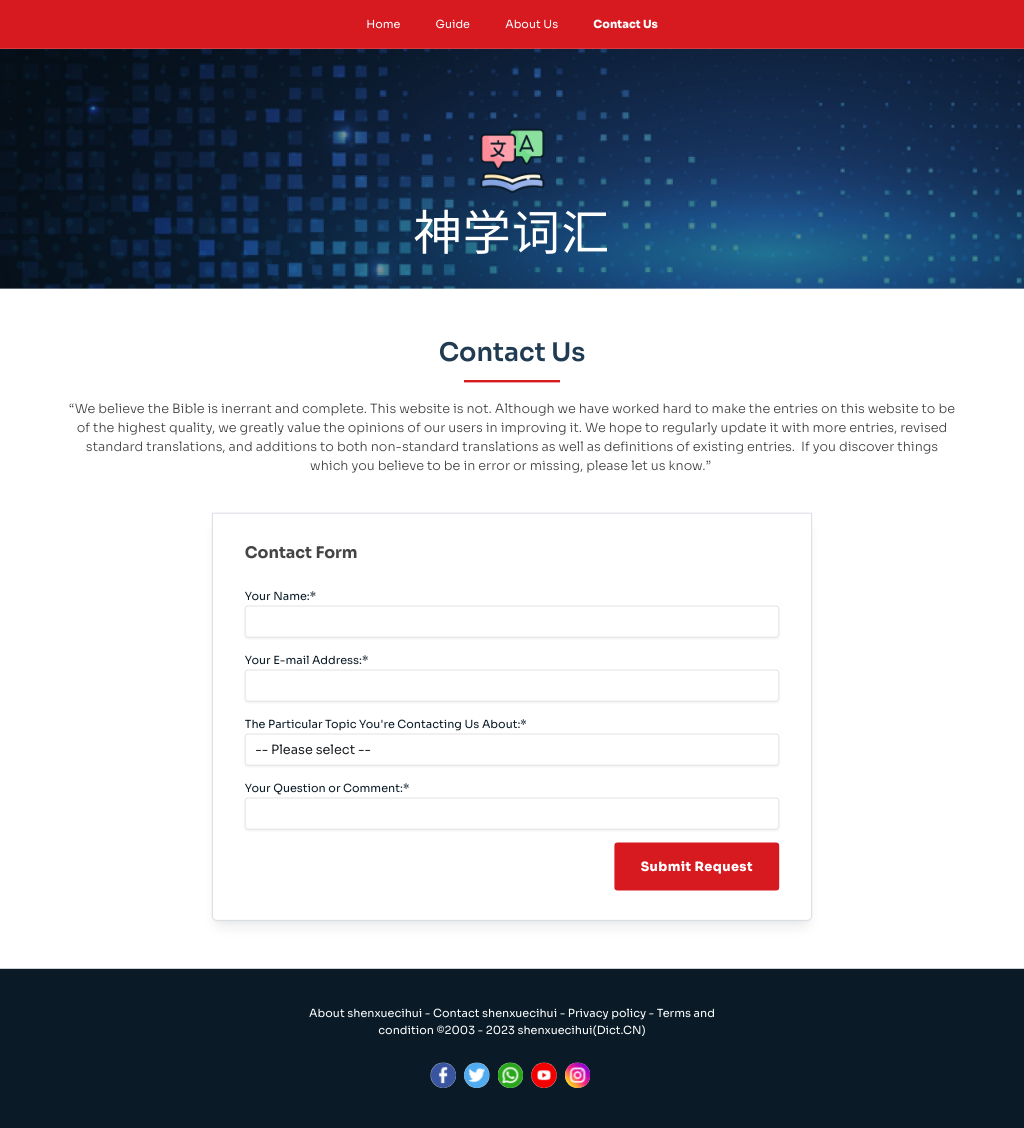
Repository: MaulikDev8/Work-form-Meet
Page: premium-dictionary-features-project-setup/contact-us.html
These files come from the project's save history. The page is drawn as it stood at one moment and after the next save; the edit follows.
The browser window is 1280 px wide. The pictures show the whole page, at 80% of full size.

Above is the page before, as saved 2023-04-17 11:18:14.

### premium-dictionary-features-project-setup/contact-us.html
<!DOCTYPE html>
<html lang="en">
  <head>
    <meta charset="utf-8" />
    <meta content="width=device-width, initial-scale=1.0" name="viewport" />

    <title>Premium-Dictionary-Web-page-UI</title>
    <meta content="" name="description" />
    <meta content="" name="keywords" />

    <!-- Favicons -->
    <link href="assets/img/logo-dic.png" rel="icon" />
    <link href="assets/img/logo-dic.png" rel="apple-touch-icon" />

    <!-- Google Fonts -->
    <link href="https://fonts.googleapis.com/css2?family=Sora:wght@100;200;300;400;500;600;700;800&display=swap" rel="stylesheet" />

    <!-- Vendor CSS Files -->
    <link href="assets/vendor/bootstrap/css/bootstrap.min.css" rel="stylesheet" />
    <link href="assets/vendor/bootstrap-icons/bootstrap-icons.css" rel="stylesheet" />

    <!-- Template Main CSS File -->
    <link href="assets/css/style.css" rel="stylesheet" />
  </head>

  <body>
    <!-- ======= Header ======= -->
    <header id="header">
      <div class="container d-flex align-items-center justify-content-center">
        <nav id="navbar" class="navbar">
          <ul>
            <li><a class="nav-link scrollto" href="index.html">Home</a></li>
            <li><a class="nav-link scrollto" href="#">Guide</a></li>
            <li><a class="nav-link scrollto" href="about-us.html">About Us</a></li>
            <li><a class="nav-link scrollto active" href="contact-us.html">Contact Us</a></li>
          </ul>
          <i class="bi bi-list mobile-nav-toggle"></i>
        </nav>
        <!-- .navbar -->
      </div>
    </header>
    <!-- End Header -->

    <!-- ======= Hero Section ======= -->
    <section id="hero">
      <div class="container">
        <div class="row d-flex align-items-center mx-0">
          <div class="col-lg-12 col-md-12 col-xs-12 banner-section text-center">
            <div class="search-engine-main">
              <img src="assets/img/logo-dic.png" class="img-fluid mb-4" />
              <h1 class="chinese-text">神学词汇</h1>
              <!-- <div class="search-engine">
                <div class="input-group mb-0">
                  <input type="text" class="form-control input-search typeahead tt-query" autocomplete="off" spellcheck="false" />
                  <button class="search-btn" type="button" id="button-addon2"><i class="bi bi-search"></i></button>
                </div>
              </div> -->
            </div>
          </div>
        </div>
      </div>
    </section>

    <main id="main">
      <section id="faq" class="faq section-bg pb-3">
        <div class="container">
          <div class="section-title">
            <h2>Contact Us</h2>
            <p>
              “We believe the Bible is inerrant and complete. This website is not. Although we have worked hard to make the entries on this website to be of the highest quality, we
              greatly value the opinions of our users in improving it. We hope to regularly update it with more entries, revised standard translations, and additions to both
              non-standard translations as well as definitions of existing entries.  If you discover things which you believe to be in error or missing, please let us know.”
            </p>
          </div>
        </div>
      </section>
      <section class="section-bg pt-0">
        <div class="container">
          <div class="row">
            <div class="col-lg-12 colmd-12 col-xs-12">
              <div class="search-engine-main">
                <div class="contact-list">
                  <div class="contact-list-title">
                    <h5 class="title-text">Contact Form</h5>
                  </div>

                  <div class="contact-form mt-3">
                    <form>
                      <div class="contact-field mb-3">
                        <label for="exampleFormControlInput1" class="form-label contact-label">Your Name:*</label>
                        <input type="email" class="form-control contact-input" id="exampleFormControlInput1" />
                      </div>
                      <div class="contact-field mb-3">
                        <label for="exampleFormControlInput1" class="form-label contact-label">Your E-mail Address:*</label>
                        <input type="email" class="form-control contact-input" id="exampleFormControlInput1" />
                      </div>
                      <div class="contact-field mb-3">
                        <label for="exampleFormControlInput1" class="form-label contact-label">The Particular Topic You're Contacting Us About:*</label>
                        <select class="form-select contact-input" aria-label="Default select example">
                          <option selected>-- Please select --</option>
                          <option value="1">One</option>
                          <option value="2">Two</option>
                          <option value="3">Three</option>
                        </select>
                      </div>
                      <div class="contact-field mb-3">
                        <label for="exampleFormControlInput1" class="form-label contact-label">Your Question or Comment:*</label>
                        <input type="email" class="form-control contact-input" id="exampleFormControlInput1" />
                      </div>

                      <div class="text-end mt-3">
                        <button type="button" class="btn btn-contact-submit">Submit Request</button>
                      </div>
                    </form>
                  </div>
                </div>
              </div>
            </div>
          </div>
        </div>
      </section>
    </main>
    <!-- End Hero -->

    <!-- ======= Footer ======= -->
    <footer id="footer">
      <div class="footer-top">
        <div class="container">
          <div class="row justify-content-center">
            <div class="col-lg-6">
              <p>About shenxuecihui - Contact shenxuecihui - Privacy policy - Terms and condition ©2003 - 2023 shenxuecihui(Dict.CN)</p>
            </div>
          </div>

          <div class="social-links">
            <a href="https://www.facebook.com/" class="facebook" target="_blank">
              <img src="assets/img/facebook-icon.svg" />
            </a>
            <a href="https://twitter.com/" class="twitter" target="_blank">
              <img src="assets/img/twitter-icon.svg" />
            </a>
            <a href="https://www.whatsapp.com/" class="whatsapp" target="_blank">
              <img src="assets/img/whatsapp-icon.svg" />
            </a>
            <a href="https://youtube.com/" class="youtube" target="_blank">
              <img src="assets/img/youtube-icon.svg" />
            </a>
            <a href="https://instagram.com/" class="instagram" target="_blank">
              <img src="assets/img/instagram-icon.svg" />
            </a>
          </div>
        </div>
      </div>
    </footer>

    <a href="#" class="back-to-top d-flex align-items-center justify-content-center"><i class="bi bi-arrow-up-short"></i></a>

    <!-- Vendor JS Files -->
    <script src="https://code.jquery.com/jquery-3.5.1.min.js"></script>
    <script type="text/javascript" src="https://twitter.github.io/typeahead.js/releases/latest/typeahead.bundle.js"></script>

    <script src="assets/vendor/bootstrap/js/bootstrap.bundle.min.js"></script>

    <!-- Template Main JS File -->
    <script src="assets/js/main.js"></script>
  </body>
</html>

Loaded but not shown: premium-dictionary-features-project-setup/assets/vendor/bootstrap/css/bootstrap.min.css (library); premium-dictionary-features-project-setup/assets/vendor/bootstrap-icons/bootstrap-icons.css (library); premium-dictionary-features-project-setup/assets/vendor/bootstrap/js/bootstrap.bundle.min.js (library); premium-dictionary-features-project-setup/assets/js/main.js (176 lines, source omitted); premium-dictionary-features-project-setup/assets/css/style.css (817 lines, source omitted)

After the next save:
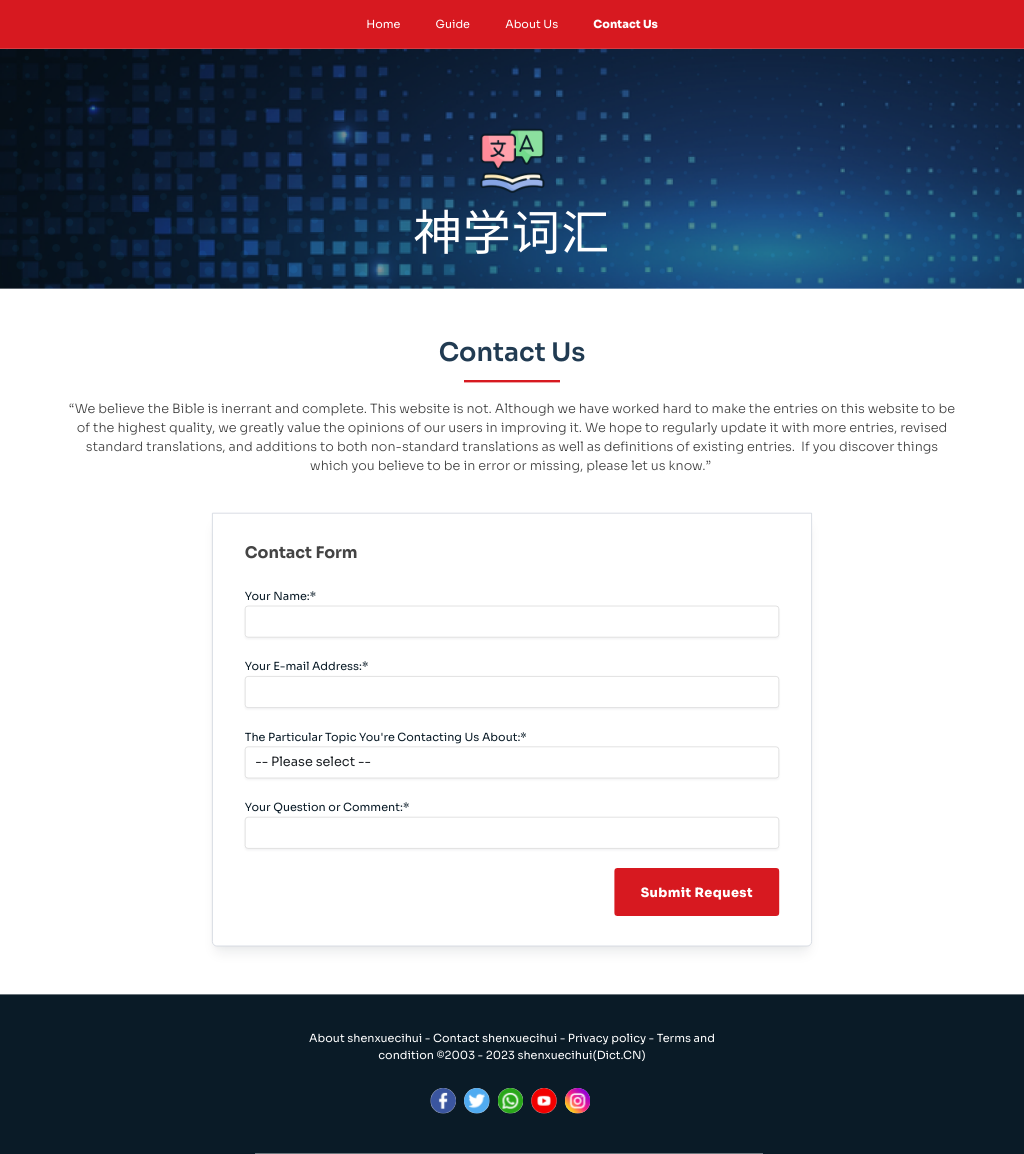
Saved 38 s later.
--- a/premium-dictionary-features-project-setup/contact-us.html
+++ b/premium-dictionary-features-project-setup/contact-us.html
@@ -86,15 +86,15 @@
 
                   <div class="contact-form mt-3">
                     <form>
-                      <div class="contact-field mb-3">
+                      <div class="contact-field mb-4">
                         <label for="exampleFormControlInput1" class="form-label contact-label">Your Name:*</label>
                         <input type="email" class="form-control contact-input" id="exampleFormControlInput1" />
                       </div>
-                      <div class="contact-field mb-3">
+                      <div class="contact-field mb-4">
                         <label for="exampleFormControlInput1" class="form-label contact-label">Your E-mail Address:*</label>
                         <input type="email" class="form-control contact-input" id="exampleFormControlInput1" />
                       </div>
-                      <div class="contact-field mb-3">
+                      <div class="contact-field mb-4">
                         <label for="exampleFormControlInput1" class="form-label contact-label">The Particular Topic You're Contacting Us About:*</label>
                         <select class="form-select contact-input" aria-label="Default select example">
                           <option selected>-- Please select --</option>
@@ -103,7 +103,7 @@
                           <option value="3">Three</option>
                         </select>
                       </div>
-                      <div class="contact-field mb-3">
+                      <div class="contact-field mb-4">
                         <label for="exampleFormControlInput1" class="form-label contact-label">Your Question or Comment:*</label>
                         <input type="email" class="form-control contact-input" id="exampleFormControlInput1" />
                       </div>
